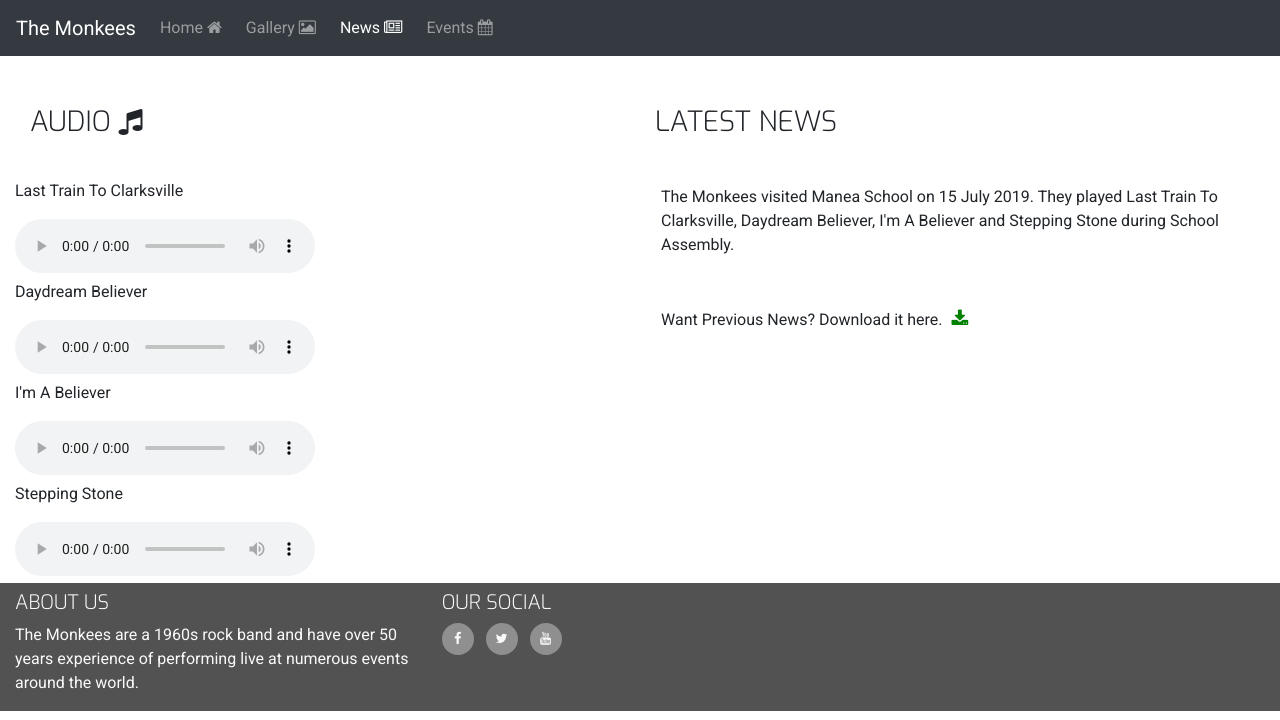
Repository: Code-Institute-Submissions/ucd-band
Page: news.html
The author's editor kept a record of every edit. The page is drawn from the files as they stood at one moment, then again after the next edit.
The browser window is 1280 px wide. The pictures show the whole page.

Above is the page before.

### news.html
<!DOCTYPE html>
<html>
    <head>
    <!-- Provide Meta Tags -->
    <meta charset="UTF-8">
    <meta name="viewport" content="width=device-width, initial-scale=1.0">
    <meta http-equiv="X-UA-Compatible" content="ie=edge">
    <!-- Provide Title Page for Browser -->
    <title>The Monkees - News Page</title>
    <!-- Load Style Sheets -->
    <link rel="stylesheet" href="https://maxcdn.bootstrapcdn.com/bootstrap/4.3.1/css/bootstrap.min.css" integrity="sha384-ggOyR0iXCbMQv3Xipma34MD+dH/1fQ784/j6cY/iJTQUOhcWr7x9JvoRxT2MZw1T" crossorigin="anonymous">
    <link rel="stylesheet" href="https://maxcdn.bootstrapcdn.com/font-awesome/4.7.0/css/font-awesome.min.css" type="text/css" />
    <link rel="stylesheet" href="assets/css/style.css" type="text/css" />

</head>
<body>
 <!-- Set Up Navigation -->
  <nav class="navbar navbar-dark bg-dark navbar-expand-sm fixed-top">

            <!-- Set Up Brand -->
            <a href="index.html" class="navbar-brand" title="The Monkees">The Monkees</a>

            <!-- Set Up Navbar Toggler -->
             <button class="navbar-toggler" type="button" data-toggle="collapse" data-target="#navbarSupportedContent" aria-controls="navbarSupportedContent" aria-expanded="false" aria-label="Toggle navigation">
    <span class="navbar-toggler-icon"></span>
  </button>

            <!-- Set Up Navbar Links -->
            <div class="collapse navbar-collapse" id="navbarSupportedContent">
            <!-- Set Up Navbar with Icons -->
                <ul class="navbar-nav mr-auto">

                    <li class="nav-item mr-2"><a class="nav-link" href="index.html">Home <i class="fa fa-home" aria-hidden="true"></i></a></li>
                    <li class="nav-item mr-2"><a class="nav-link" a href="gallery.html">Gallery <i class="fa fa-picture-o" aria-hidden="true"></i></a></li>
                    <li class="active nav-item mr-2"><a class="nav-link" a href="news.html">News <i class="fa fa-newspaper-o" aria-hidden="true"></i></a></li>
                    <li class="nav-item mr-2"><a class="nav-link" href="events.html">Events <i class="fa fa-calendar" aria-hidden="true"></i></a></li>
                </ul>
            </div>

 </nav>

    <section class="container-fluid">
            <div class="row">

                <div class="col-xs-12 col-sm-12 col-md-6">

                        <div class="col-sm-12">
                            <h3 class="section-heading uppercase">Audio <i class="fa fa-music" aria-hidden="true"></i></h3>
                        </div>

                        <!-- Display Audio or Error Message for Last Train to Clarksville -->
                        <p class="audio-description">Last Train To Clarksville</p>
                        <audio controls>
                            <source src="assets/audio/Clarksville.mp3" type="audio/mpeg">
                            Your browser does not support the audio tag
                        </audio>

                        <!-- Display Audio or Error Message for Daydream Believer -->

                        <p class="audio-description">Daydream Believer</p>
                        <audio controls>
                            <source src="assets/audio/DaydreamBeliever.mp3" type="audio/mpeg">
                            Your browser does not support the audio tag
                        </audio>

                        <!-- Display Audio or Error Message for I'm A Believer -->

                        <p class="audio-description">I'm A Believer</p>
                        <audio controls>
                            <source src="assets/audio/ImABeliever.mp3" type="audio/mpeg">
                            Your browser does not support the audio tag
                        </audio>

                        <!-- Display Audio or Error Message for Stepping Stone -->

                        <p class="audio-description">Stepping Stone</p>
                        <audio controls>
                            <source src="assets/audio/SteppingStone.mp3" type="audio/mpeg">
                            Your browser does not support the audio tag
                        </audio>


                   </div>
                <div class="col-xs-12 col-sm-12 col-md-6">
                    <div class="row">
                        <div class="col-sm-12">
                            <h3 class="section-heading uppercase">Latest News</h3>
                        </div>
                    </div>
                    <!-- Set Up News Items -->
                    <div class="news-item">
                        <p class="news-description">The Monkees visited Manea School on 15 July 2019.
                        They played Last Train To Clarksville, Daydream Believer, I'm A Believer and Stepping Stone during School Assembly.</p>
                        </div>

                    <!-- Provide a Link to Download PDF File -->
                    <div class="news-item">
                        <p class="news-description">Want Previous News?  Download it here.
                        <a href="assets/news/news-archives.pdf" target="_blank" title="News Archives" class="download-pdf">

                        <i class="fa fa-download" aria-hidden="true"></i></a></p>
                        </div>
                    </div>



            </div>
        </section>

    <!-- Provide footer details -->
    <footer class="container-fluid">
        <div class="row">
            <!-- Provide Information about The Monkees -->
            <div class="col-xs-12 col-sm-4 mt-2">
                <h5 class="uppercase general-sub">About Us</h5>
                <p class="inline-block">
                    The Monkees are a 1960s rock band and have over 50 years experience
                    of performing live at numerous events around the world.
                </p>
            </div>

            <!-- Provide Social Links (e.g. YouTube) -->
            <div class="col-xs-12 col-sm-8 mt-2">
                <h5 class="uppercase general-sub">Our Social</h5>
                <ul class="list-inline social-links">
                    <li class="list-inline-item"><a target="_blank" href="https://www.facebook.com/TheMonkees" title="Facebook"><i class="fa fa-facebook"></i></a></li>
                    <li class="list-inline-item"><a target="_blank" href="https://twitter.com/monkeesofficial" title="Twitter"><i class="fa fa-twitter"></i></a></li>
                    <li class="list-inline-item"><a target="_blank" href="https://www.youtube.com/user/themonkees" title="YouTube"><i class="fa fa-youtube"></i></a></li>
                </ul>

            </div>
        </div>
    </footer>
</body>
</html>

### assets/css/style.css
/* Import Font */


@import url('https://fonts.googleapis.com/css?family=Roboto:100,200,300,400,500,600,700|Exo:100,200,300,400,500,600,700');

/* Body */

body {

    font-family: "Roboto", Arial, Verdana, sans-serif;
    padding-top: 80px;

}

/* Navbar Styles */


.navbar {

    margin-bottom: 0;
    border: 0;
    width: 100%;

}

/* Special Padding/Margins/Text */

h1, h2, h3, h4 {
    margin: 0;
}

.uppercase {
    text-transform: uppercase;
}

.general-sub {
    font-family: "Exo", Arial, Verdana, sans-serif;
    font-weight: 300;
    color: #fafafa;
}

.inline-block {
    display: inline-block;
}

.section-heading {
    font-family: "Exo", Arial, Verdana, sans-serif;
    font-weight: 300;
    margin-top: 25px;
    margin-bottom: 40px;
}

/* Download PDF Styles */

.download-pdf {
    color: green;
    text-align: center;
    font-size: 18px;
    padding-left: 5px;
}

.download-pdf i:hover {
    color: purple;
    transition: all 0.35s ease-in-out;
    -moz-transition: all 0.35s ease-in-out;
    -webkit-transition: all 0.35s ease-in-out;
    -o-transition: all 0.35s ease-in-out;
}

/* Links */
a {
    color: green;
    text-decoration: none;
    left-margin: 10px
}

a:hover {
    color: purple;
    text-decoration: none;
}




/* Footer */

footer {
    background-color: #525252;
    color: #fafafa;
    min-height: 120px;
    margin: 0;
}



.social-links {
    padding-bottom: 15px;
}

.social-links li a i {
    width: 32px;
    height: 32px;
    padding: 12px 0px;
    border-radius: 50%;
    font-size: 13px;
    line-height: 7px;
    text-align: center;
    color: #fafafa;
    background: #8f8f8f;
    transition: all 0.35s ease-in-out;
    -moz-transition: all 0.35s ease-in-out;
    -webkit-transition: all 0.35s ease-in-out;
    -o-transition: all 0.35s ease-in-out;

}

.social-links li a i:hover {
    background: #e84610;

}



/* Welcome */

.welcome-item {
    margin-bottom: 20px;
    display: block;
    clear: both;
    padding: 8px;
}

.contents-item {
    font-family: "Roboto", Arial, Verdana, sans-serif;
    font-weight: 400;
}

/* News */

.news-item {
    margin-bottom: 20px;
    display: block;
    clear: both;
    padding: 6px;
}

.news-description {
    font-family: "Roboto", Arial, Verdana, sans-serif;
    font-weight: 400;
}

/* Audio */
.audio-description {
    font-family: "Roboto", Arial, Verdana, sans-serif;
    font-weight: 400;
}




/* Table Styles */

th {
    background-color: lightblue;
}


/* Gallery */
div .desc {
    padding: 15px;
    text-align: center;
}

div .gallery {
    border: 1px solid #676767;
}

div .gallery:hover {
    border: 1px solid #e84610;
}

div .gallery img {
    height: auto;
    width: 100%;
}

hr {
    border: 1px solid black;
}

img {
    display: block;
    margin: auto;
}

.responsive {
    padding: 4px 10px;
    float: left;
    width: 20%;
}

.img-clearfix:after {
    content: "";
    display: table;
    clear: both;
}

/* Media Queries */

@media only screen and (min-width: 501px) and (max-width: 700px) {
    .responsive {
        width: 50%;
        margin: 6px 0px;
    }
}

@media only screen and (max-width: 500px) {
    .responsive {
        width: 100%;
    }
}

After the next edit:
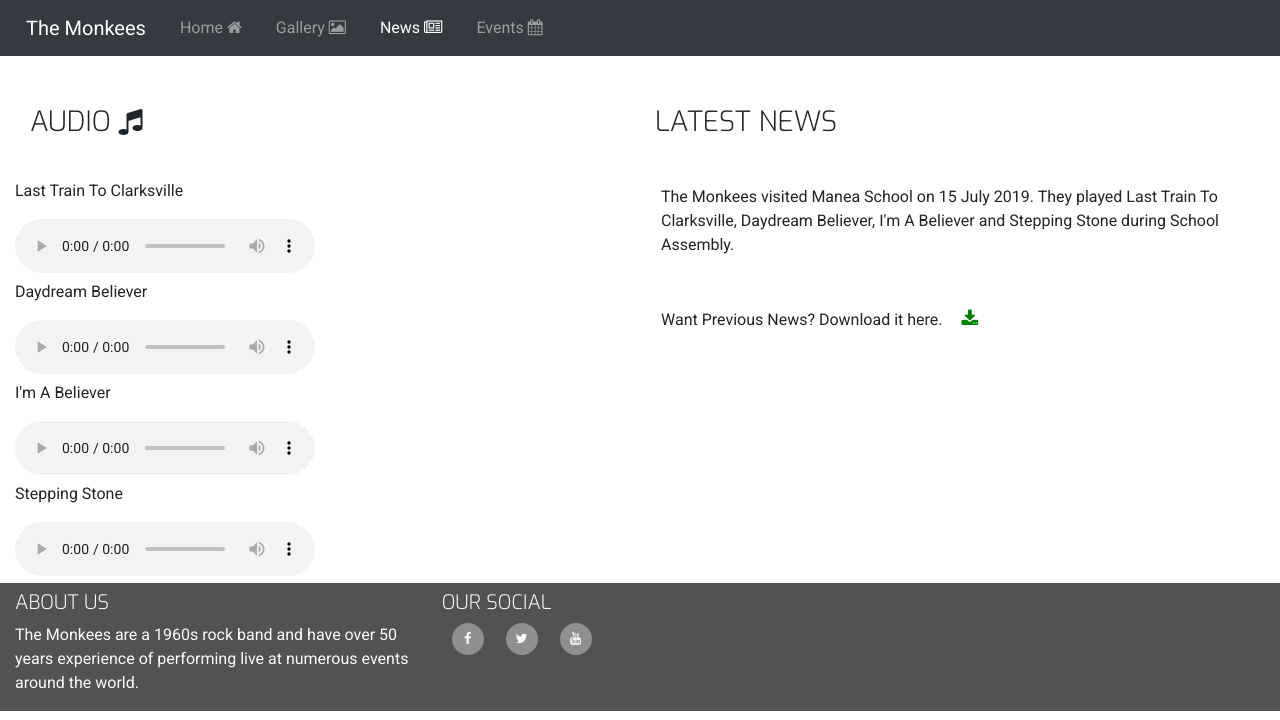
The edit:
--- a/assets/css/style.css
+++ b/assets/css/style.css
@@ -71,7 +71,7 @@
 a {
     color: green;
     text-decoration: none;
-    left-margin: 10px
+    margin-left: 10px
 }
 
 a:hover {
